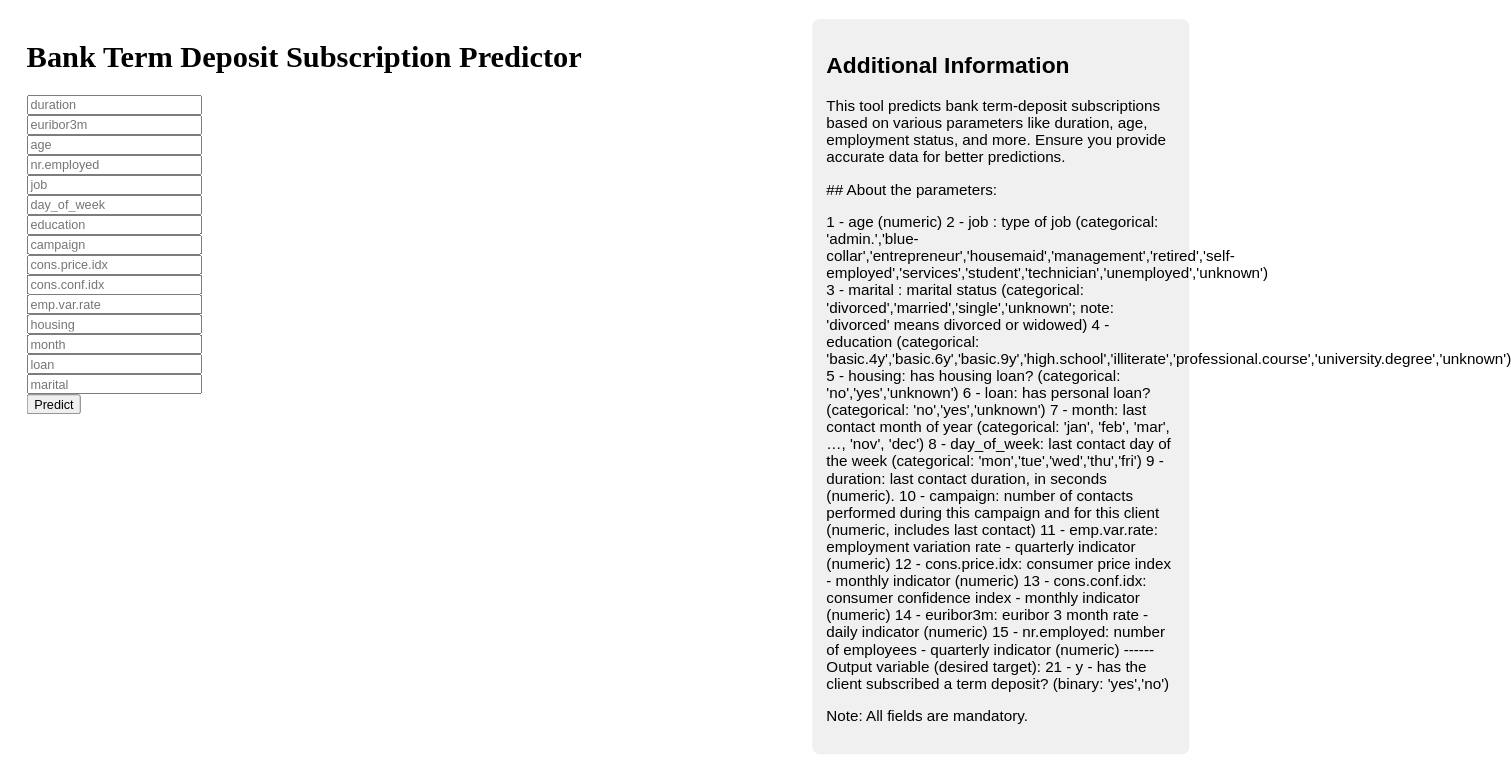
Repository: sameerhussain6/End-to-End-ML-Bank-term-Prediction
Page: templates/home.html
These files come from the project's save history. The page is drawn as it stood at one moment and after the next save; the edit follows.
The browser window is 1280 px wide. The page is 1591 px wide, so the pictures cover 1591 px, including what lies to the right of the window. The pictures show the whole page, at 95% of full size.
Some web fonts or font styles are not loaded; a fallback is used. The template is drawn by Flask 3. The application's start-up code is not run. The template is opened directly, without the code that normally fills it, so the values that code supplies are empty.

Above is the page before, as saved 2025-01-31 19:23:33.

After the next save:
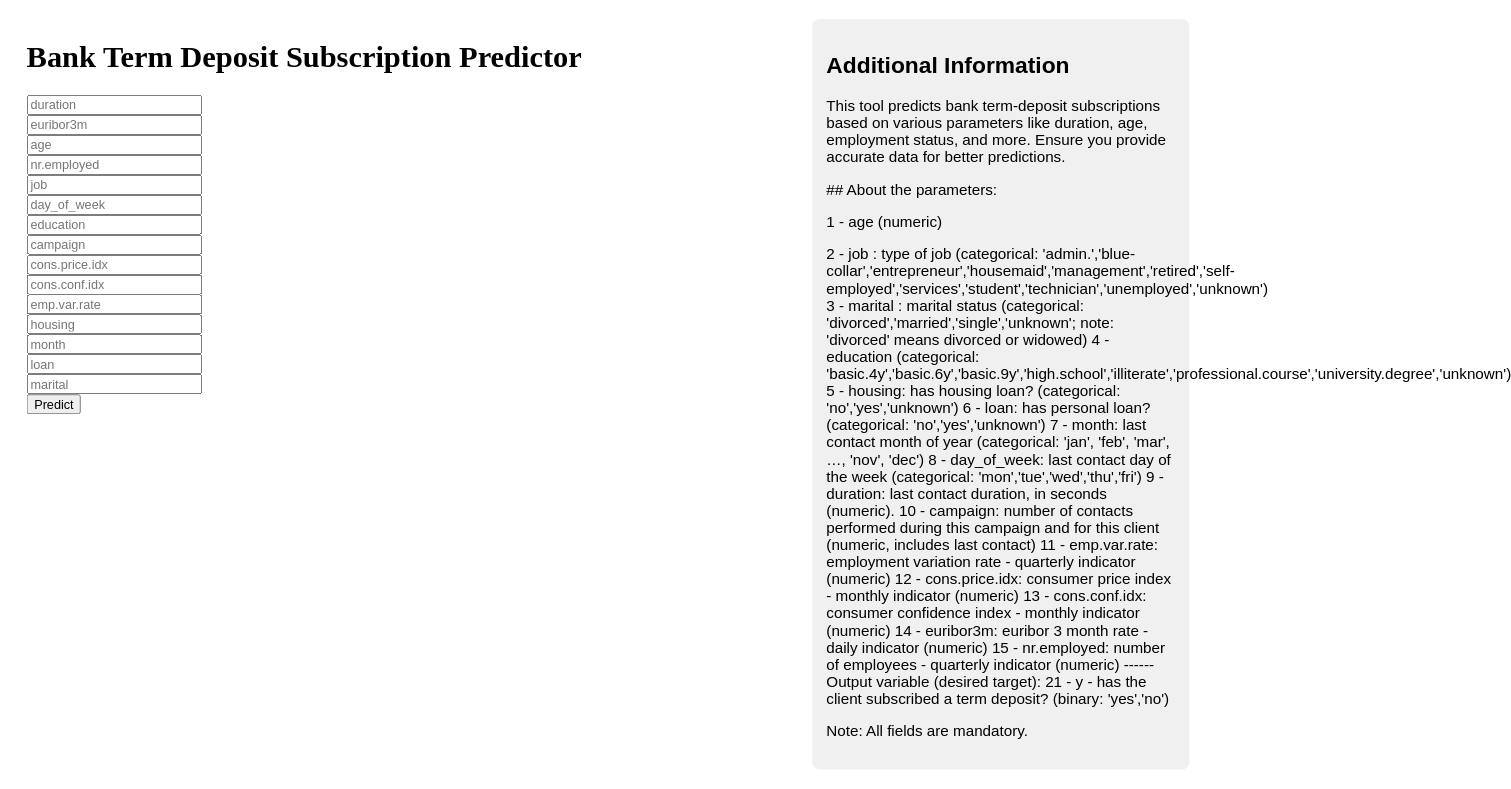
Saved 16 s later.
--- a/templates/home.html
+++ b/templates/home.html
@@ -61,7 +61,7 @@
       <p>This tool predicts bank term-deposit subscriptions based on various parameters like duration, age, employment status,
         and more. Ensure you provide accurate data for better predictions.</p>
       </p>## About the parameters:</p>
-        1 - age (numeric)
+    </p>1 - age (numeric)</p>
         2 - job : type of job (categorical: 'admin.','blue-collar','entrepreneur','housemaid','management','retired','self-employed','services','student','technician','unemployed','unknown')
         3 - marital : marital status (categorical: 'divorced','married','single','unknown'; note: 'divorced' means divorced or widowed)
         4 - education (categorical: 'basic.4y','basic.6y','basic.9y','high.school','illiterate','professional.course','university.degree','unknown')
